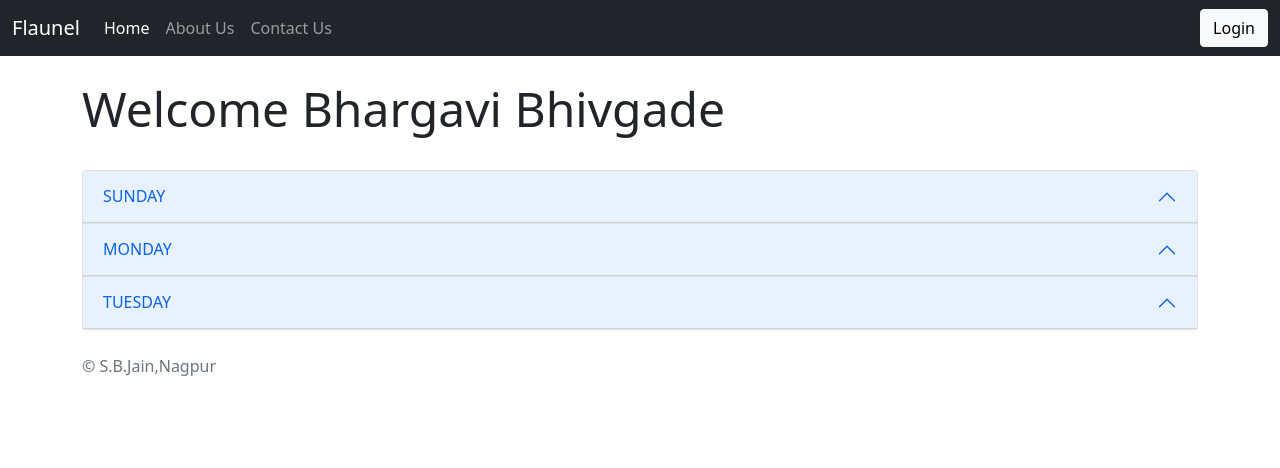
Repository: bhivgadePrajakta/Flaunel--A-LED-Display-Board
Page: http://localhost/home.php
These files come from the project's save history. The page is drawn as it stood at one moment and after the next save; the edit follows.
The browser window is 1280 px wide. The pictures show the whole page.
The page is run by PHP 8.4 with error messages shown; the project is at /var/www/html/.

Above is the page before, as saved 2022-04-30 12:58:27.

After the next save:
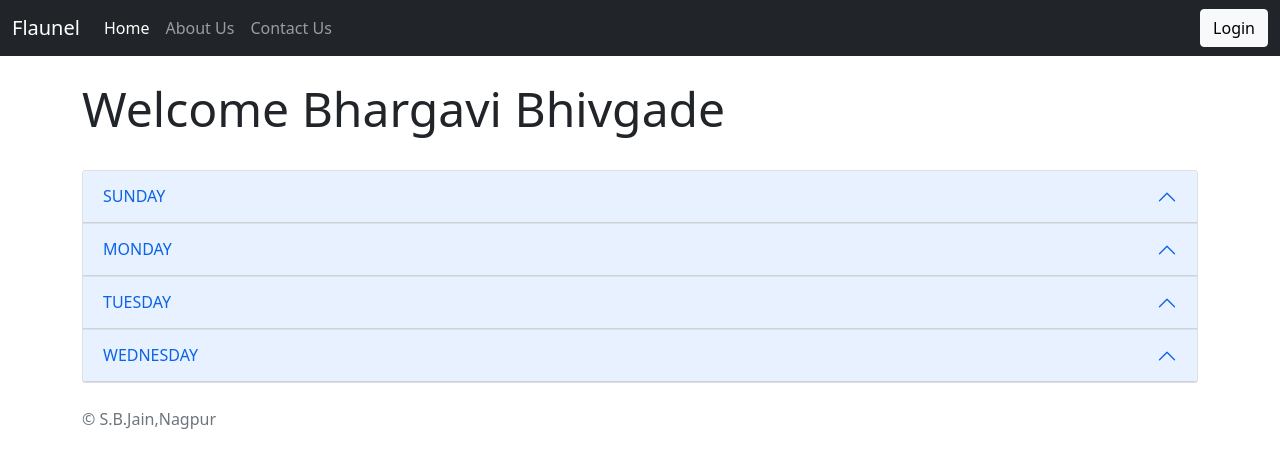
Saved 2 min 45 s later.
--- a/home.php
+++ b/home.php
@@ -110,6 +110,28 @@
     </div>
   </div>
     <!-- ACCORDIAN ITEM END -->
+    <!-- ACCORDIAN ITEM START -->
+    <div class="accordion-item">
+    <h2 class="accordion-header" id="heading4">
+      <button class="accordion-button" type="button" data-bs-toggle="collapse" data-bs-target="#collapse4" aria-expanded="true" aria-controls="collapse4">
+        WEDNESDAY
+      </button>
+    </h2>
+    <div id="collapse4" class="accordion-collapse collapse" aria-labelledby="heading4" data-bs-parent="#accordionExample">
+      <div class="accordion-body">
+        <form method="post" action="">
+        <div class="mb-3">
+  <label for="Wednesday" class="form-label">Quote for Wednesday</label>
+  <input type="text" class="form-control" id="sunday" placeholder="Enter Quote/Message/News for Wednesday">
+</div>
+<div class="mb-3">
+  <input type="submit" class="btn btn-dark" value="Update">
+</div>
+        </form>
+      </div>
+    </div>
+  </div>
+    <!-- ACCORDIAN ITEM END -->
 </div>
 <!-- ACCORDIAN MAIN BODY END -->
 </div>
